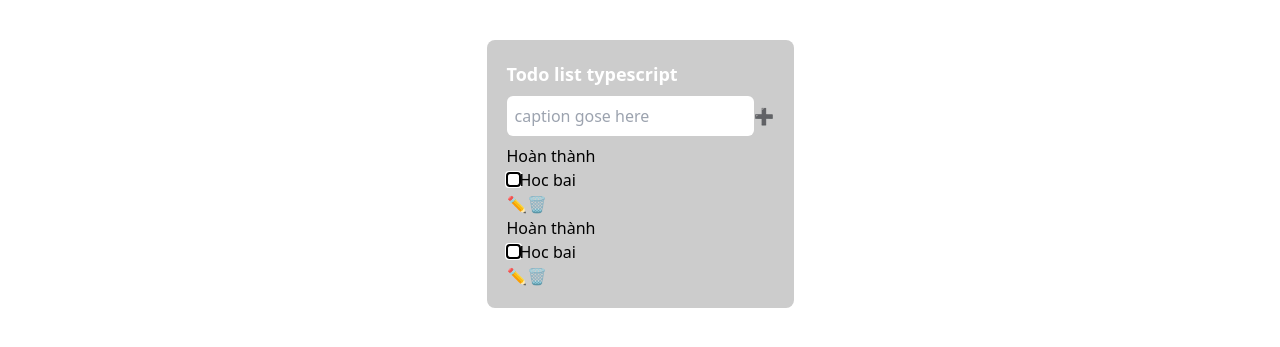
Repository: VIET-TU/react-super-main
Page: / (app in todolist-mybuild/)
These files come from the project's save history. The page is drawn as it stood at one moment and after the next save; the edit follows.
The browser window is 1280 px wide. The pictures show the whole page.
The project was rebuilt for these pictures with package versions that can differ from the ones it lists, and the page was loaded fresh each time. Also part of the build but not shown: todolist-mybuild/vite.config.ts.

Above is the page before, as saved 2023-05-16 06:51:36.

After the next save:
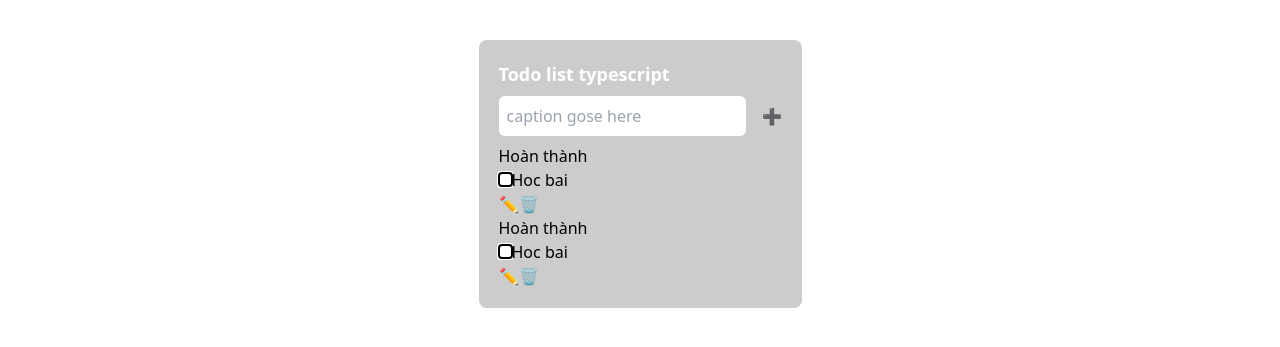
Saved 19 s later.
--- a/todolist-mybuild/src/components/TaskInput/TaskInput.tsx
+++ b/todolist-mybuild/src/components/TaskInput/TaskInput.tsx
@@ -5,7 +5,7 @@ const TaskInput = () => {
     <div className='mb-2'>
       <h1 className='mb-2 text-lg font-bold text-white'>Todo list typescript</h1>
       <form placeholder='enter your text'>
-        <input className='p-2 rounded-md outline-0' type='text' placeholder='caption gose here' />
+        <input className='p-2 mr-4 rounded-md outline-0' type='text' placeholder='caption gose here' />
         <button type='submit'>➕</button>
       </form>
     </div>
